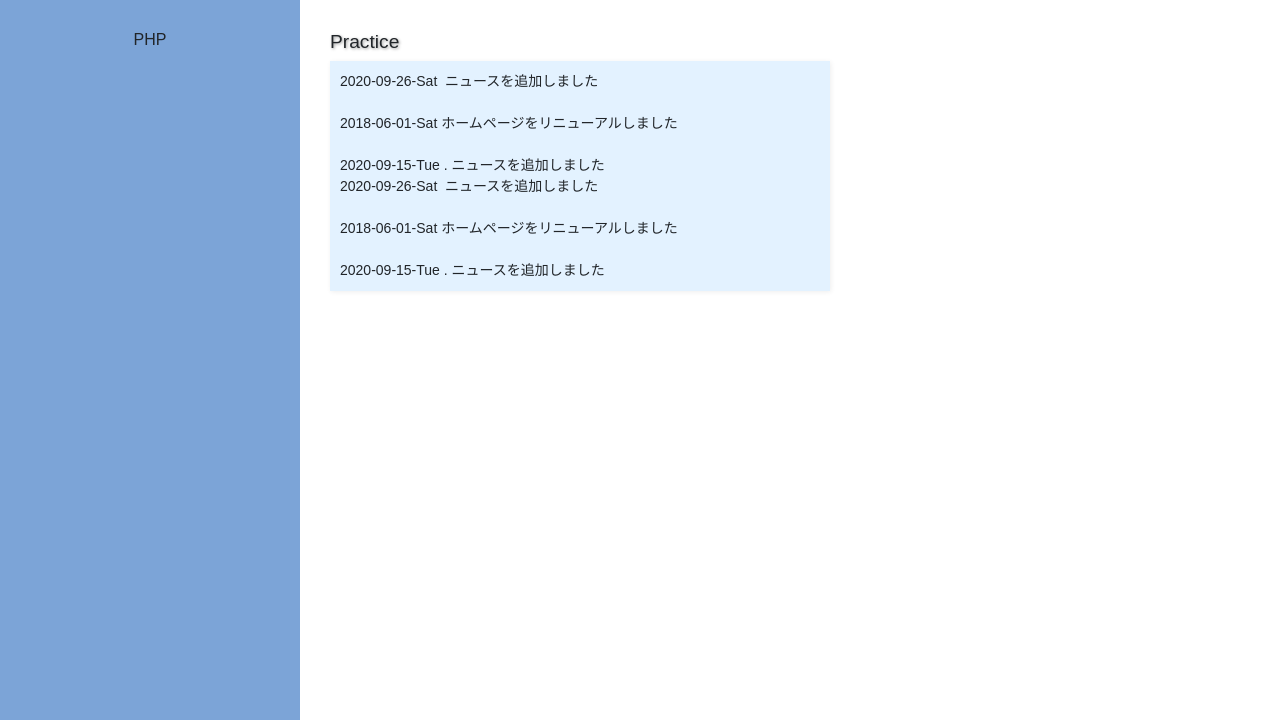
Repository: takeco/practice
Page: http://localhost/php/sample14.php
The author's editor kept a copy of each file at every save. The page is drawn from the files as they stood at one save, then again after the next save.
The browser window is 1280 px wide. The pictures show the whole page.
The page is run by PHP 8.4 with error messages shown; the project is at /var/www/html/.

Above is the page before, as saved 2020-09-26 09:33:08.

After the next save:
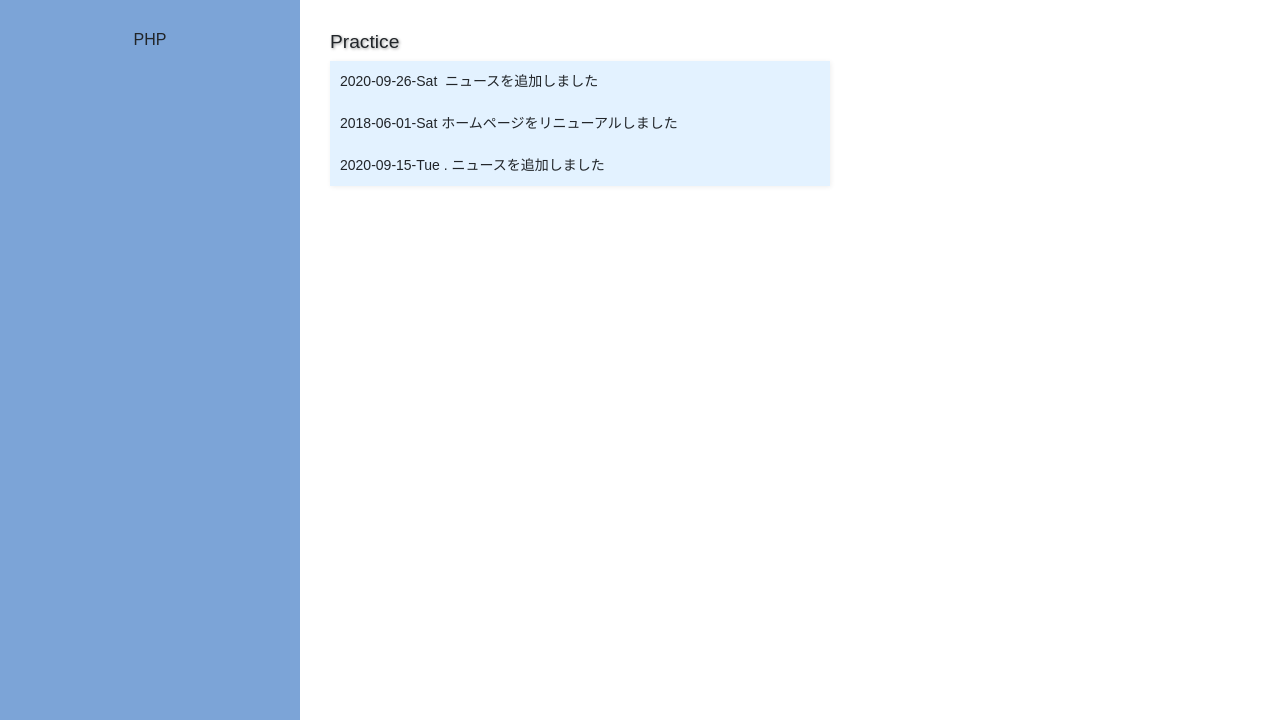
Saved 46 s later.
--- a/php/sample14.php
+++ b/php/sample14.php
@@ -23,7 +23,7 @@ $date = date('Y-m-d-D');
 $news = file_get_contents('../news_data/news.txt');
 $news .= "$date . ニュースを追加しました\n";
 file_put_contents('../news_data/news.txt', $news);
-readfile('../news_data/news.txt');
+// readfile('../news_data/news.txt');
 print($news);
 
 // $s = $s . 'add';
